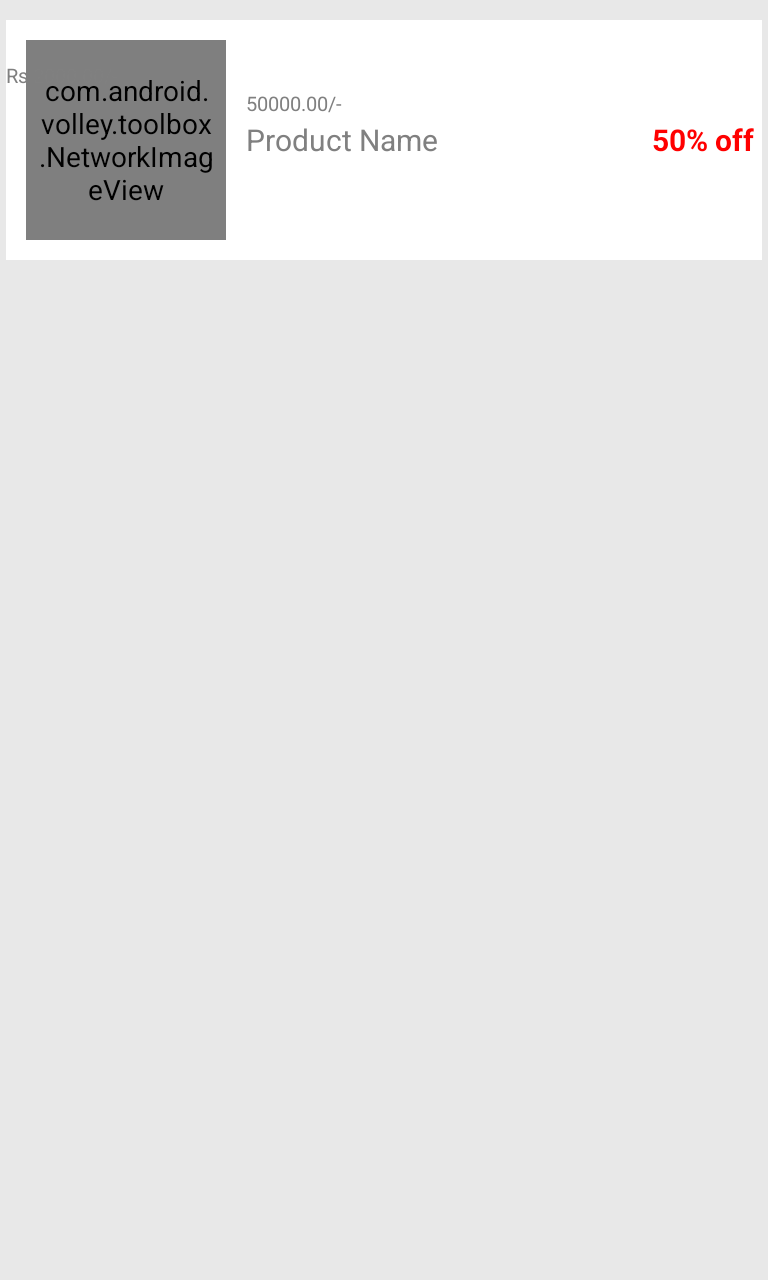
Repository: thisisdemo333/BigDiscount
Layout: BigDiscounts/res/layout/view_lv_search_list.xml
The author's editor kept a copy of each file at every save. The layout is drawn from the files as they stood at one save, then again after the next save.
Pictures or frames that could not be fetched are drawn as grey boxes. It is drawn on a 768 x 1280 px phone screen (xhdpi) without system bars, with theme AppTheme; the app's code is not run.

Above is the layout before, as saved 2015-05-10 16:20:33.

After the next save:
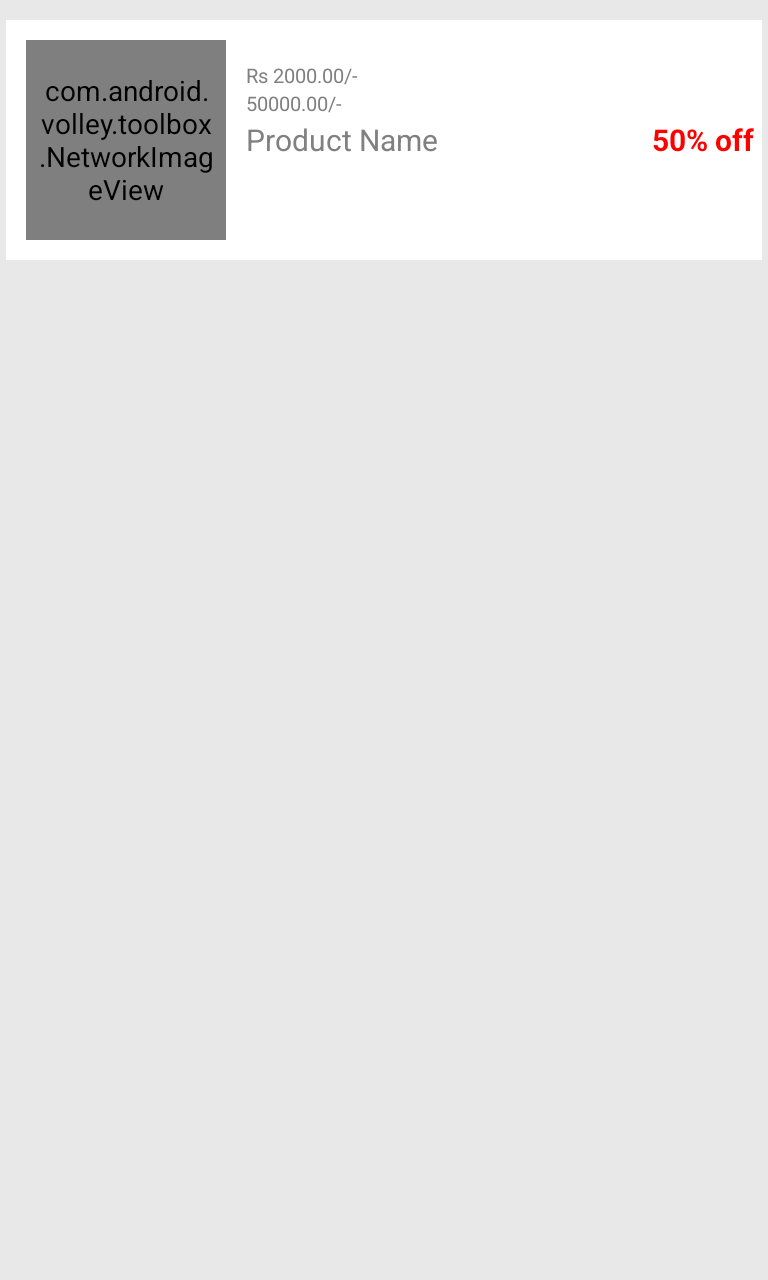
Saved 13 s later.
--- a/BigDiscounts/res/layout/view_lv_search_list.xml
+++ b/BigDiscounts/res/layout/view_lv_search_list.xml
@@ -52,7 +52,7 @@
             android:layout_width="wrap_content"
             android:layout_height="wrap_content"
             android:layout_below="@+id/tv_product_name"
-
+            android:layout_toRightOf="@+id/image_loader"
             android:text="Rs 2000.00/-"
             android:textColor="@color/gray"
             android:textSize="@dimen/small_text_size" />
